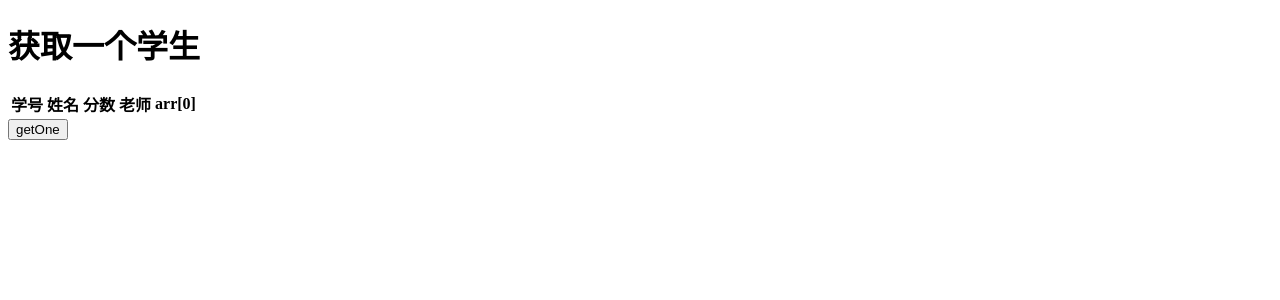
Repository: byuan98/study
Page: http://localhost/day079web/jsp/json_test.jsp
The author's editor kept a copy of each file at every save. The page is drawn from the files as they stood at one save, then again after the next save.
The browser window is 1280 px wide. The pictures show the whole page.
The page is served by Tomcat 9.

Above is the page before, as saved 2021-04-07 15:03:33.
Console error: ReferenceError: $ is not defined

After the next save:
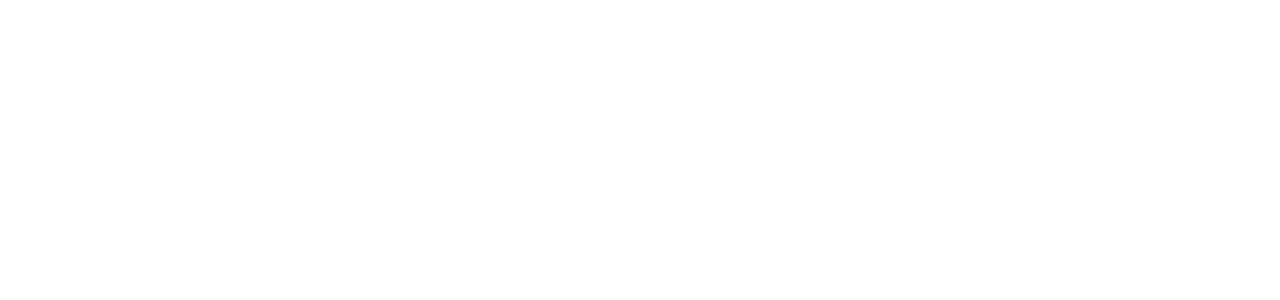
Console error: SyntaxError: Unexpected token '<'
Saved 4 min 57 s later.
--- a/day079web/WebContent/jsp/json_test.jsp
+++ b/day079web/WebContent/jsp/json_test.jsp
@@ -6,6 +6,9 @@
 <meta charset="UTF-8">
 <title>使用JSON依赖的JAR拼凑JSON格式的字符串</title>
 </head>
+<script type="text/javascript" src="<core:url value='/js/myajax.js'/>"></script>
+  <script type="text/javascript" src="<core:url value='/js/jquery-1.6.4.min.js'/>"></script>
+  <script type="text/javascript">
 <body>
     <h1>获取一个学生</h1>
     <table id="tab_1">

After the save that followed:
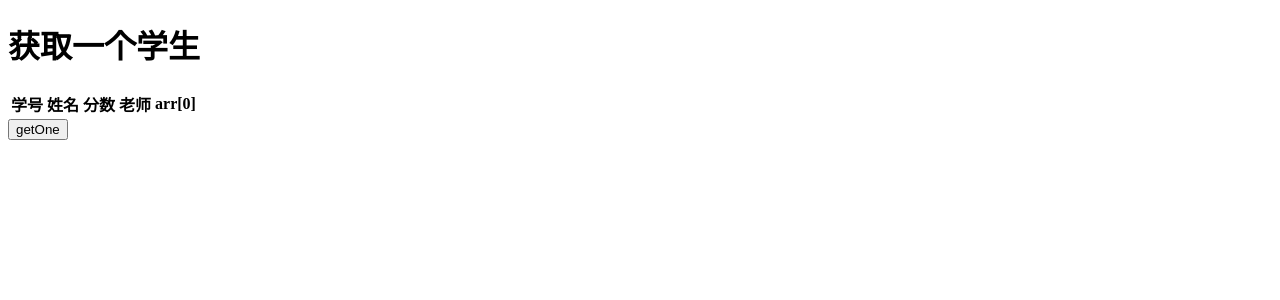
The error is gone.
Saved 6 s later.
--- a/day079web/WebContent/jsp/json_test.jsp
+++ b/day079web/WebContent/jsp/json_test.jsp
@@ -8,7 +8,6 @@
 </head>
 <script type="text/javascript" src="<core:url value='/js/myajax.js'/>"></script>
   <script type="text/javascript" src="<core:url value='/js/jquery-1.6.4.min.js'/>"></script>
-  <script type="text/javascript">
 <body>
     <h1>获取一个学生</h1>
     <table id="tab_1">
